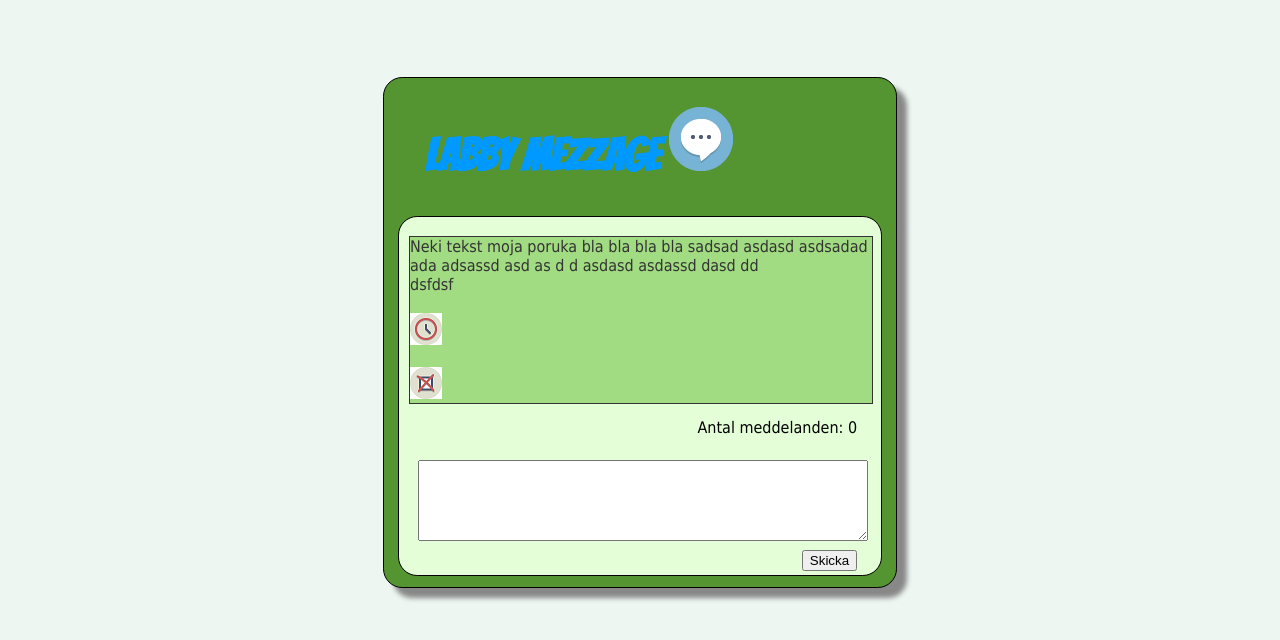
Repository: jb223cp/1dv403-laborationer
Page: 2-labbymezzage/index.html
The author's editor kept a record of every edit. The page is drawn from the files as they stood at one moment, then again after the next edit.
The browser window is 1280 px wide. The pictures show the whole page.

Above is the page before.
Console error: ReferenceError: Message is not defined

### 2-labbymezzage/index.html
<!DOCTYPE html>
<html lang="sv">
<head>
	<meta charset="UTF-8" />
	<link href='//fonts.googleapis.com/css?family=Bangers' rel='stylesheet' type='text/css'>
	<link rel="stylesheet" href="main.css" media="only screen and (min-width:768px)" />
 	<title>Labby Mezzage</title>

</head>
    <body>
        <section class="main">
            <h1>LABBY MEZZAGE <img src="pics/chat.png" alt="chat icon"></h1>

            <section class="message">
                <article>
                    <p>Neki tekst moja poruka bla bla bla bla sadsad asdasd asdsadad ada adsassd asd as  d d asdasd asdassd dasd dd</p>
                    <time>dsfdsf</time>
                    <p><img class="icons" src="pics/clock.png" alt="show time when message is published"></p>

                    <img class="icons" src="pics/x.png" alt="delete message">
                </article>
                <fieldset>
                    <label>Antal meddelanden: 0</label>
                    <textarea cols="50" rows="5" maxlength="250" name="Message" id="area"></textarea>
                    <input type=submit value="Skicka"></input>
                </fieldset>

            </section>

        </section>


    	  <script src="script.js"></script>
    	  <script src="Message.js"></script>

    </body>
</html>

### 2-labbymezzage/main.css
html, body, div, span, applet, object, iframe,
p, blockquote, pre,
a, abbr, acronym, address, big, cite, code,
del, dfn, em, img, ins, kbd, q, s, samp,
small, strike, strong, sub, sup, tt, var,
b, u, i, center, ol, ul, li,
fieldset, form, label, legend,
table, caption, tbody, tfoot, thead, tr, th, td,
article, aside, canvas, details, embed,
figure, figcaption, footer, header, hgroup,
menu, nav, output, ruby, section, summary,
time, mark, audio, video {
	margin: 0;
	padding: 0;
	border: 0;
	font-size: 100%;
	font: inherit;
	vertical-align: baseline;
}
/* HTML5 display-role reset for older browsers */

article, aside, details, figcaption, figure,
footer, header, hgroup, menu, nav, section {
	display: block;
}

body{
    background-color:#EDF6F1;
}

h1{
    margin-left:8%;
    margin-right:auto;
    margin-top:2%;
    font-family: 'Bangers', cursive;
    font-size:2.8em;
    color:#0099FF;

}
img{
    margin-right:2%;
    margin-top:4%;
}


section.main{
    width:40%;
    margin-left:auto;
    margin-right:auto;
    margin-top:6%;
    background-color:#549431;
    border-style: solid;
    border-width: 1px;
    border-color:black;
    border-radius:1.2em;
    box-shadow: 10px 10px 5px #888888;

}
section.message{
    /*margin-top:2%;*/
    margin-bottom:2%;
    background-color:#E4FED7;
    width:94%;
    margin-right:auto;
    margin-left:auto;
    border-radius:1.2em;
    border-style: solid;
    border-width: 1px;
    border-color:black;

}
article{
    background-color:#A2DC82;
    border-style: solid;
    border-width: 1px;
    border-color:#333333;
    width:96%;
    margin-top:4%;
    margin-left:2%;
    margin-right:2%;
    color:#333333;
     font-family:tahoma;
}
label{
    float:right;
    margin-right:3%;
    margin-top:3%;
    font-family:tahoma;
}
textarea{
    width:96%;
    margin-left:2%;
    margin-right:2%;
    margin-top:5%;
    margin-top:5%;
}

fieldset{
    width:96%;
    margin-left:2%;
    margin-right:2%;
}
input{
    float:right;
    margin-right:3%;
    margin-top:1%;
    margin-bottom:1%;
}

### 2-labbymezzage/script.js
"use strict";


    var MessageBoard = {

	init: function(){

		var now= new Date();
		var messages = [];

		Message[0] = new Message("test", now.getHours()+":"+now.getMinutes()+":"+now.getSeconds());
		Message[0] = new Message("Penny", now.getHours()+":"+now.getMinutes()+":"+now.getSeconds());
		Message[0] = new Message("Penny", now.getHours()+":"+now.getMinutes()+":"+now.getSeconds());


	}

};
	window.onload = MessageBoard.init;

Loaded but not shown: 2-labbymezzage/Message.js (no copy from this time; the picture is the same without it)

After the next edit:
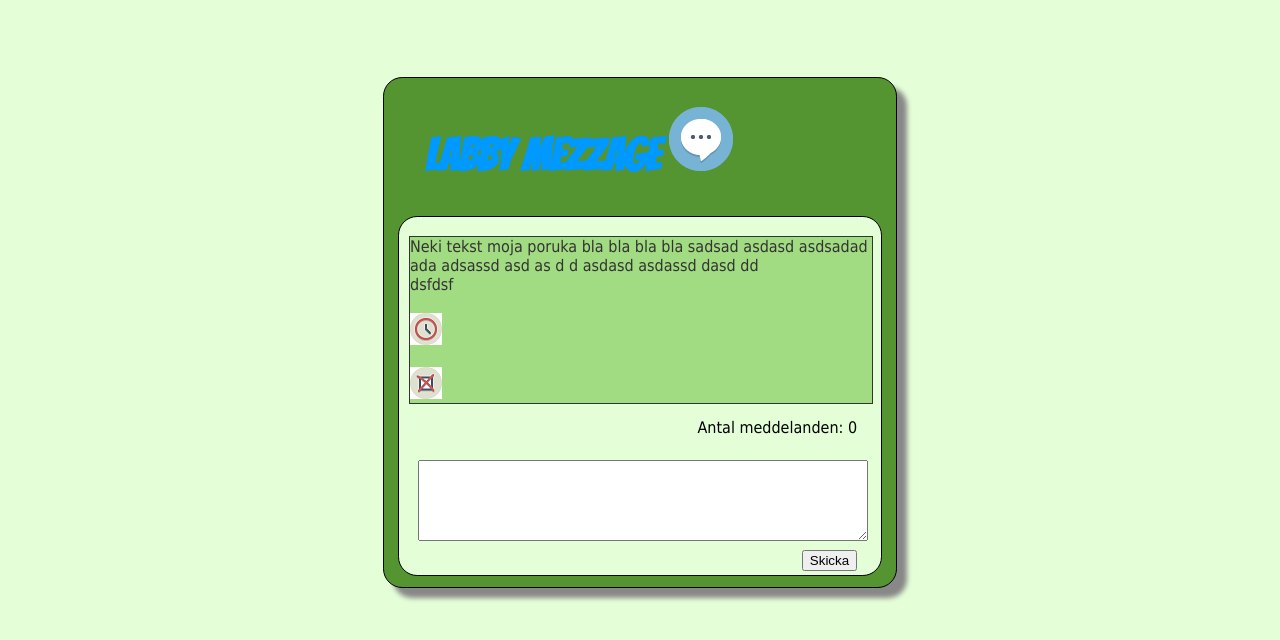
The edit:
--- a/2-labbymezzage/main.css
+++ b/2-labbymezzage/main.css
@@ -25,7 +25,7 @@
 }
 
 body{
-    background-color:#EDF6F1;
+    background-color:#E4FED7;
 }
 
 h1{
